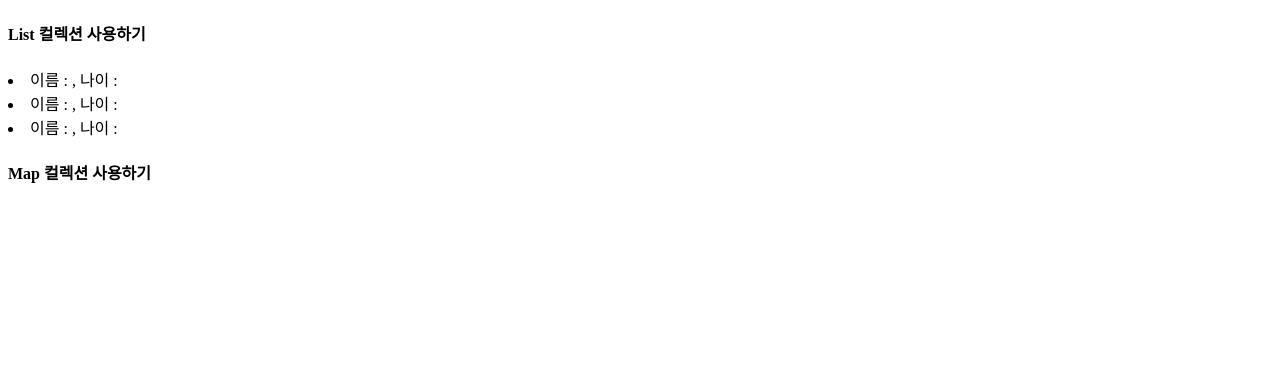
Repository: Park-Dongheon/Servlet-JSP_Training
Page: http://localhost/MustHaveJSP/11JSTL/core/ForEachExtend2.jsp
The author's editor kept a copy of each file at every save. The page is drawn from the files as they stood at one save, then again after the next save.
The browser window is 1280 px wide. The pictures show the whole page.
The page is served by Tomcat 10. Other server files are loaded and not shown.

Above is the page before, as saved 2024-06-24 08:07:47.

### MustHaveJSP/src/main/webapp/11JSTL/core/ForEachExtend2.jsp
<%@page import="java.util.HashMap"%>
<%@page import="java.util.Map"%>
<%@page import="common.Person"%>
<%@page import="java.util.LinkedList"%>
<%@ page language="java" contentType="text/html; charset=UTF-8"
    pageEncoding="UTF-8"%>
<%@ taglib prefix="c" uri="jakarta.tags.core" %>
<!DOCTYPE html>
<html>
<head>
<meta charset="UTF-8">
<title>JSTL - forEach 2</title>
</head>
<body>
	<h4>List 컬렉션 사용하기</h4>
	<%
	LinkedList<Person> lists = new LinkedList<Person>();
	lists.add(new Person("맹사성", 34));
	lists.add(new Person("장영실", 44));
	lists.add(new Person("신숙주", 54));
	%>
	<c:set var="lists" value="<%= lists %>" />
	<c:forEach items="${ lists }" var="lists">
	<li>
		이름 : ${ list.name }, 나이 : ${ list.age }
	</li>
	</c:forEach>

	<h4>Map 컬렉션 사용하기</h4>
	<%
	Map<String, Person> maps = new HashMap<String, Person>();
	maps.put("1st", new Person("맹사성", 34));
	maps.put("2st", new Person("장영실", 44));
	maps.put("3st", new Person("신숙주", 54));
	%>
</body>
</html>

### MustHaveJSP/src/main/java/common/Person.java
package common;		// 기본 패키지 이외의 패키지(규약 1번)

public class Person {
	private String name;		// private 멤버 변수(규약 2번)
	private int age;		// private 멤버 변수(규약 2번)

	public Person() {}	// 기본 생성자(규약 3번)

	public Person(String name, int age) {
		super();
		this.name = name;
		this.age = age;
	}

	// public 게터/세터 메서드들(규약 4번, 5번)
	public String getName() {
		return name;
	}

	public void setName(String name) {
		this.name = name;
	}

	public int getAge() {
		return age;
	}

	public void setAge(int age) {
		this.age = age;
	}

}

After the next save:
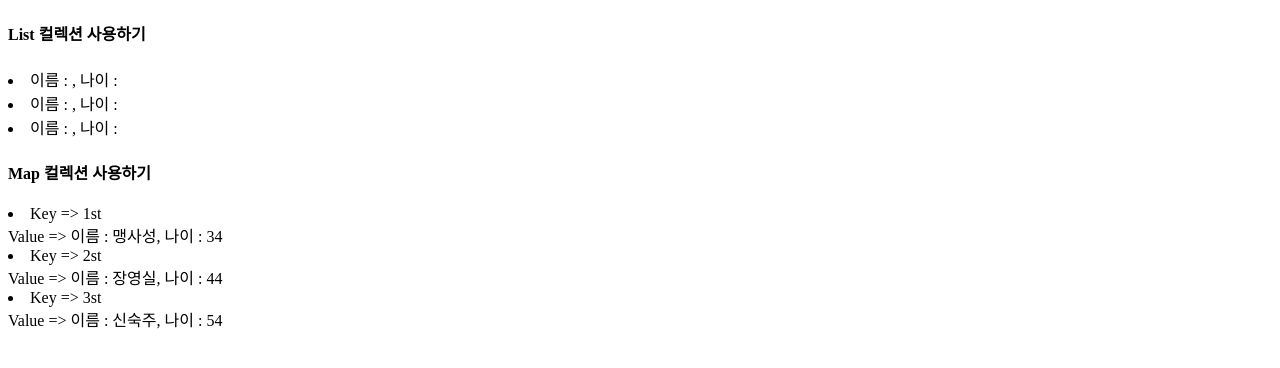
Saved 108 s later.
--- a/MustHaveJSP/src/main/webapp/11JSTL/core/ForEachExtend2.jsp
+++ b/MustHaveJSP/src/main/webapp/11JSTL/core/ForEachExtend2.jsp
@@ -33,5 +33,12 @@
 	maps.put("2st", new Person("장영실", 44));
 	maps.put("3st", new Person("신숙주", 54));
 	%>
+	<c:set var="maps" value="<%= maps %>" />
+	<c:forEach items="${ maps }" var="map">
+		<li>
+			Key => ${ map.key } <br />
+			Value => 이름 : ${ map.value.name }, 나이 : ${ map.value.age }
+		</li>
+	</c:forEach>
 </body>
 </html>
